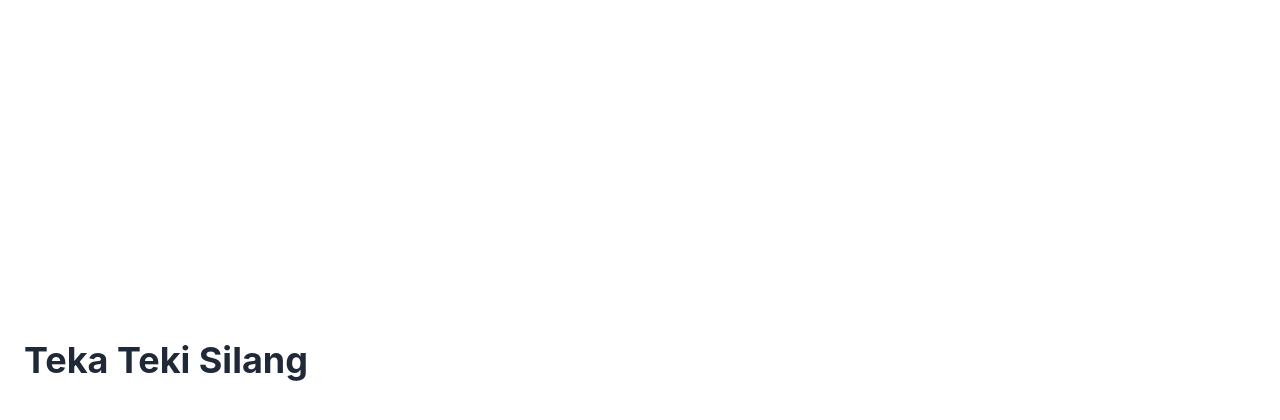
Repository: farrelmuhammad/tts-clue
Page: /
These files come from the project's save history. The page is drawn as it stood at one moment and after the next save; the edit follows.
The browser window is 1280 px wide. The pictures show the whole page.
The project was rebuilt for these pictures with package versions that can differ from the ones it lists, and the page was loaded fresh each time. Also part of the build but not shown: src/App.css.

Above is the page before, as saved 2023-02-02 18:07:32.

### src/App.js
import "./App.css";
import bgHome from "./assets/background.png";

function App() {
  return (
    <>
      <section class="h-screen">
        <div class="px-6 h-full text-gray-800">
          <div class="flex xl:justify-center lg:justify-between justify-center items-center flex-wrap h-full g-6">
            <div class="grow-0 shrink-1 md:shrink-0 basis-auto xl:w-6/12 lg:w-6/12 md:w-9/12 mb-12 md:mb-0">
              <h1 class="text-4xl font-bold text-gray-800">Teka Teki Silang</h1>
            </div>
            {/* <div class="xl:ml-20 xl:w-5/12 lg:w-5/12 md:w-8/12 mb-12 md:mb-0"> */}
            <div
              class="grow-0 shrink-1 md:shrink-0 basis-auto xl:w-6/12 lg:w-6/12 md:w-9/12 mb-12 md:mb-0"
              style={{ backgroundImage: `url(${bgHome})` }}
            >
              {/* <img src={bgHome} class="w-full h-full object-cover" /> */}
            </div>
          </div>
        </div>
      </section>
    </>
  );
}

export default App;

Loaded but not shown: public/index.html (common file); src/index.js (common file); src/index.css (common file); src/reportWebVitals.js (common file); tailwind.config.js (common file)

After the next save:
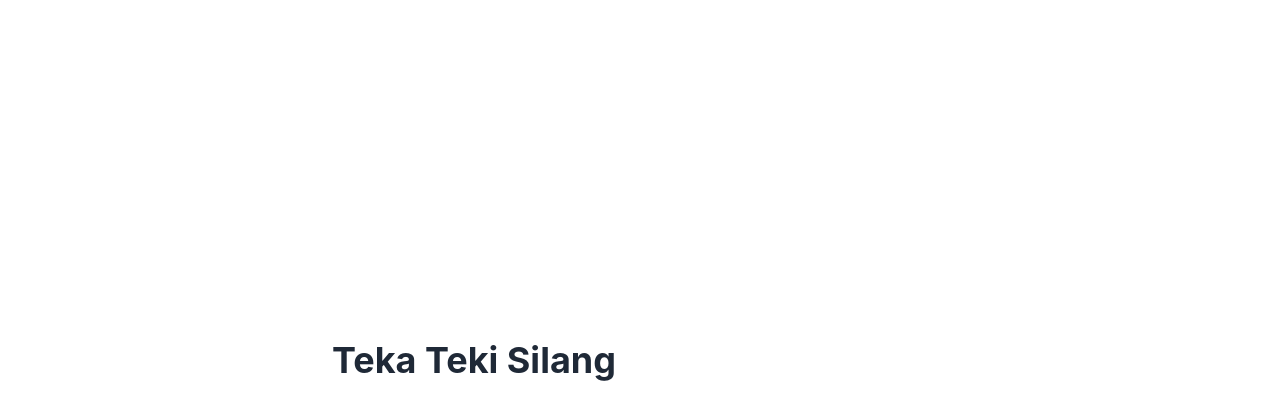
Saved 25 s later.
--- a/src/App.js
+++ b/src/App.js
@@ -12,7 +12,7 @@
             </div>
             {/* <div class="xl:ml-20 xl:w-5/12 lg:w-5/12 md:w-8/12 mb-12 md:mb-0"> */}
             <div
-              class="grow-0 shrink-1 md:shrink-0 basis-auto xl:w-6/12 lg:w-6/12 md:w-9/12 mb-12 md:mb-0"
+              // class="grow-0 shrink-1 md:shrink-0 basis-auto xl:w-6/12 lg:w-6/12 md:w-9/12 mb-12 md:mb-0"
               style={{ backgroundImage: `url(${bgHome})` }}
             >
               {/* <img src={bgHome} class="w-full h-full object-cover" /> */}

After the save that followed:
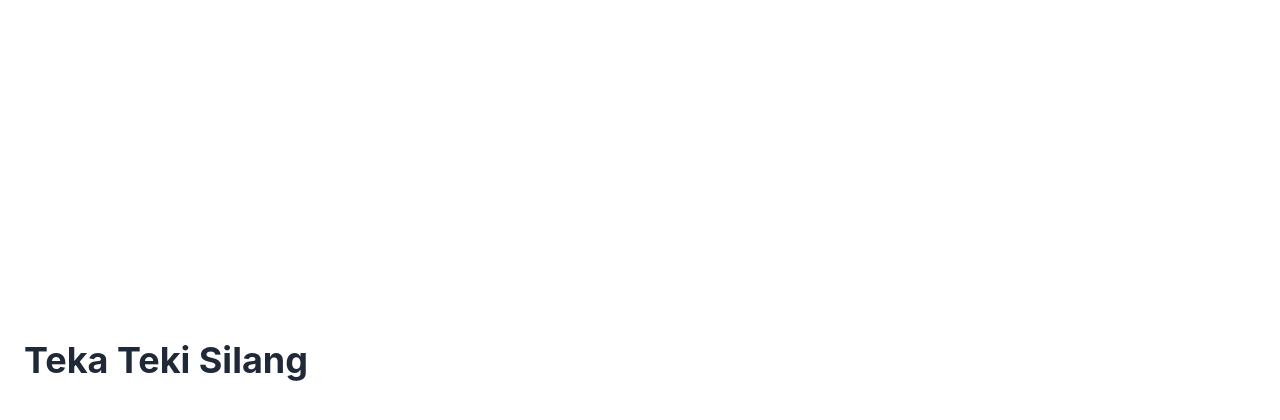
Saved 23 s later.
--- a/src/App.js
+++ b/src/App.js
@@ -1,5 +1,5 @@
 import "./App.css";
-import bgHome from "./assets/background.png";
+import bgHome from "./assets/background.png"
 
 function App() {
   return (
@@ -11,10 +11,7 @@
               <h1 class="text-4xl font-bold text-gray-800">Teka Teki Silang</h1>
             </div>
             {/* <div class="xl:ml-20 xl:w-5/12 lg:w-5/12 md:w-8/12 mb-12 md:mb-0"> */}
-            <div
-              // class="grow-0 shrink-1 md:shrink-0 basis-auto xl:w-6/12 lg:w-6/12 md:w-9/12 mb-12 md:mb-0"
-              style={{ backgroundImage: `url(${bgHome})` }}
-            >
+            <div class="grow-0 shrink-1 md:shrink-0 basis-auto xl:w-6/12 lg:w-6/12 md:w-9/12 mb-12 md:mb-0" style={{backgroundImage: `${bgHome}`}}>
               {/* <img src={bgHome} class="w-full h-full object-cover" /> */}
             </div>
           </div>
